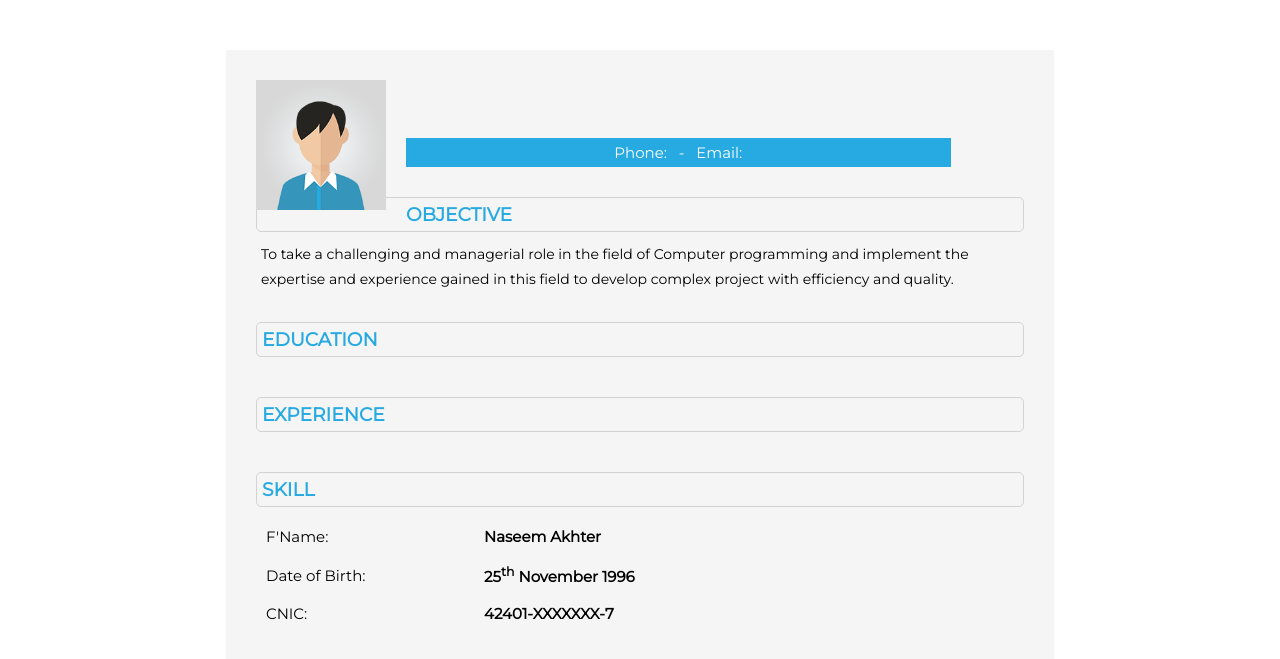
Repository: voductien94798/cv_project
Page: views/index.ejs
The author's editor kept a copy of each file at every save. The page is drawn from the files as they stood at one save, then again after the next save.
The browser window is 1280 px wide. The pictures show the whole page.
The page is served by the project's Node server (app.js). Other server files are loaded and not shown. The template is opened directly, without the code that normally fills it, so the values that code supplies are empty.

Above is the page before, as saved 2023-03-10 17:35:49.

### views/index.ejs
<!DOCTYPE html>
<html lang="en">
  <head>
    <meta charset="UTF-8" />
    <title>CV Using HTML & CSS</title>
    <link
      href="https://fonts.googleapis.com/css?family=Montserrat"
      rel="stylesheet"
    />
    <link rel="stylesheet" href="./stylesheets/style.css" />
  </head>
  <body>
    <div id="page">
      <div class="photo-and-name">
        <img src="./images/profile.png" class="photo" alt="Profile Picture" />
        <div class="contact-info-box">
          <h1 class="name"><%= user.name %></h1>
          <br />
          <h3 class="job-title"><%= user.job %></h3>
          <p class="contact-details">
            Phone: <%= user.phone %>&nbsp; - &nbsp; Email: <%= user.email %>
          </p>
        </div>
      </div>
      <div id="objective">
        <h3>Objective</h3>
        <p>
          To take a challenging and managerial role in the field of Computer
          programming and implement the expertise and experience gained in this
          field to develop complex project with efficiency and quality.
        </p>
      </div>
      <div id="work">
        <h3>Education</h3>
        <table>
          <% edu.forEach(function(edu) { %>
          <tr class="work-1">
            <td><%= edu.start %> - <%=edu.end %></td>
            <td><b><%= edu.school %></b>: <%edu.school %> (<%= edu.des %>)</td>
          </tr>
          <%}); %>
        </table>
      </div>
      <div id="work">
        <h3>Experience</h3>
        <table>
          <% exps.forEach(exp => { %>
          <tr class="work-1">
            <td><%= exp.start %> - <%= exp.end %></td>
            <td><b><%= exp.company %></b>: <%= exp.des %></td>
          </tr>
          <% }) %>
        </table>
      </div>
      <div id="bio-data">
        <h3>SKILL</h3>
        <table>
          <tr>
            <td>F'Name:</td>
            <td><b>Naseem Akhter</b></td>
          </tr>
          <tr>
            <td>Date of Birth:</td>
            <td>
              <b>25<sup>th</sup> November 1996</b>
            </td>
          </tr>
          <tr>
            <td>CNIC:</td>
            <td><b>42401-XXXXXXX-7</b></td>
          </tr>
        </table>
      </div>
    </div>
  </body>
</html>

### app.js
var createError = require("http-errors");
var express = require("express");
var path = require("path");
var cookieParser = require("cookie-parser");
var logger = require("morgan");

const db = require("./config/connectdb");
var indexRouter = require("./routes/index");
db.connect();
var app = express();

// view engine setup
app.set("views", path.join(__dirname, "views"));
app.set("view engine", "ejs");

app.use(logger("dev"));
app.use(express.json());
app.use(express.urlencoded({ extended: false }));
app.use(cookieParser());
app.use(express.static(path.join(__dirname, "public")));

app.use("/", indexRouter);

// catch 404 and forward to error handler
app.use(function (req, res, next) {
  next(createError(404));
});

// error handler
app.use(function (err, req, res, next) {
  // set locals, only providing error in development
  res.locals.message = err.message;
  res.locals.error = req.app.get("env") === "development" ? err : {};

  // render the error page
  res.status(err.status || 500);
  res.render("error");
});
app.listen(3010, () => {});
module.exports = app;

Loaded but not shown: public/stylesheets/style.css (common file)

After the next save:
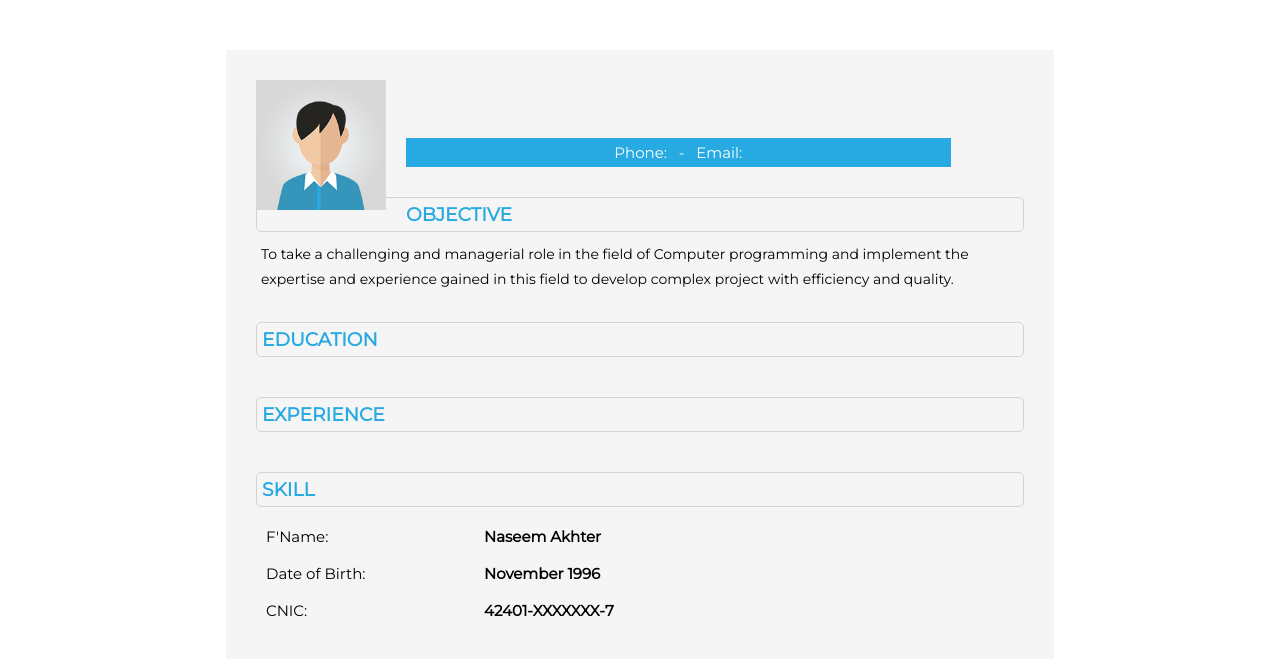
Saved 15 s later.
--- a/views/index.ejs
+++ b/views/index.ejs
@@ -62,7 +62,7 @@
           <tr>
             <td>Date of Birth:</td>
             <td>
-              <b>25<sup>th</sup> November 1996</b>
+              <b> November 1996</b>
             </td>
           </tr>
           <tr>
